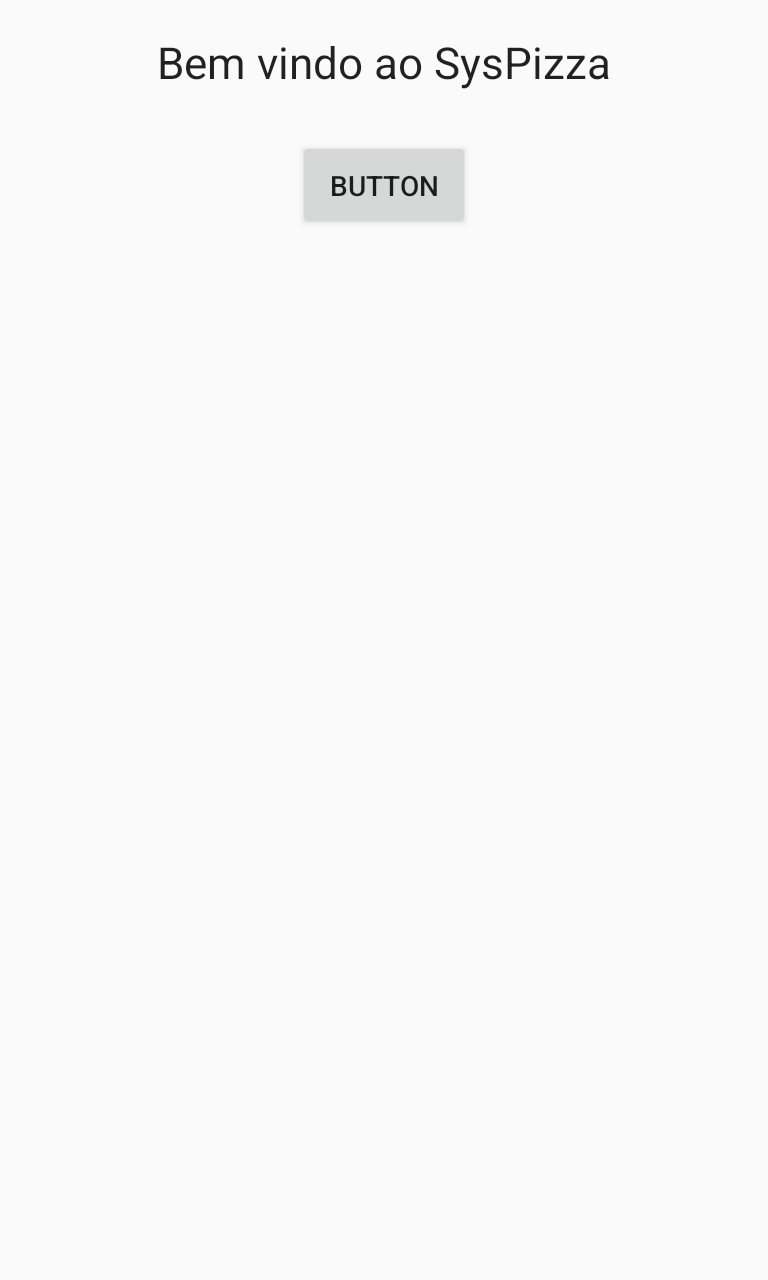
Repository: LucasSampaio/SysPizza-PSI
Layout: CodigoFonte/MOBILE/SysPizza/res/layout/activity_efetuar_pedido.xml
These files come from the project's save history. The layout is drawn as it stood at one moment and after the next save; the edit follows.
It is drawn on a 768 x 1280 px phone screen (xhdpi) without system bars, with theme AppTheme; the app's code is not run.

Above is the layout before, as saved 2014-09-20 01:06:23.

After the next save:
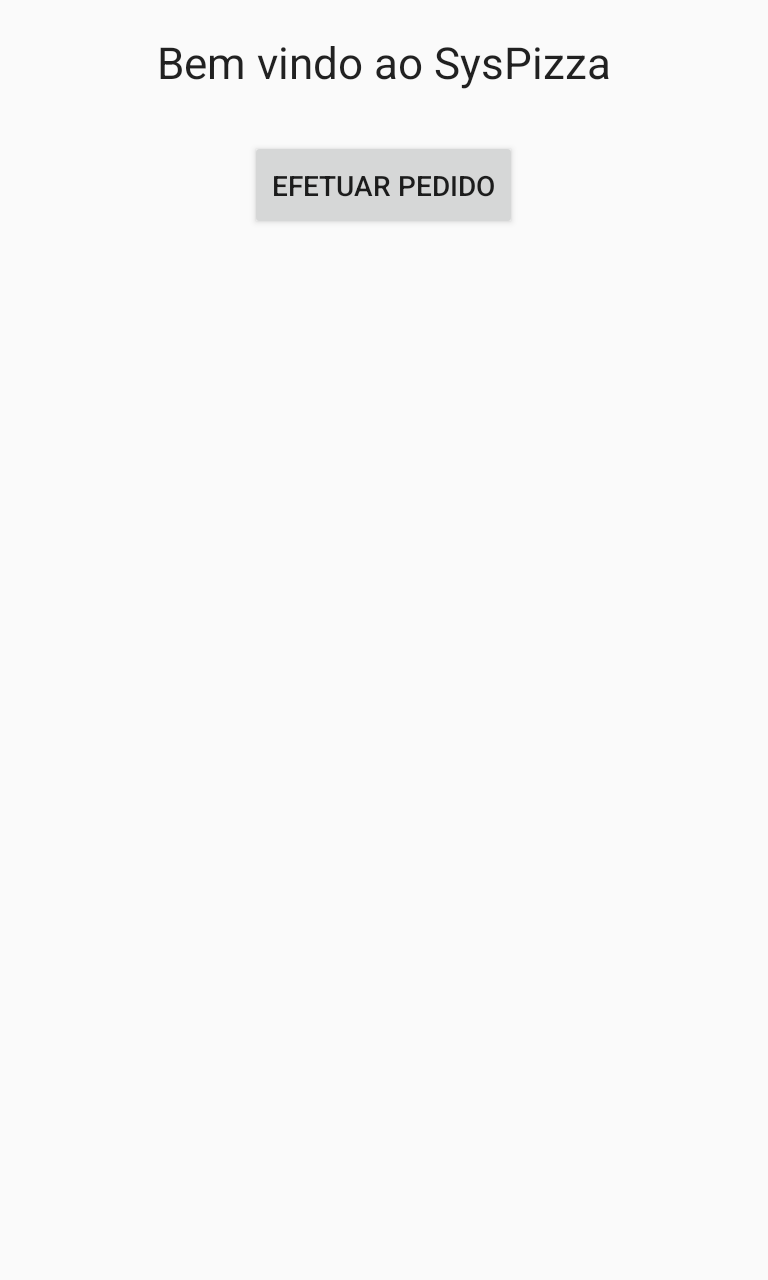
Saved 4 s later.
--- a/CodigoFonte/MOBILE/SysPizza/res/layout/activity_efetuar_pedido.xml
+++ b/CodigoFonte/MOBILE/SysPizza/res/layout/activity_efetuar_pedido.xml
@@ -24,6 +24,6 @@
         android:layout_below="@+id/textView1"
         android:layout_centerHorizontal="true"
         android:layout_marginTop="23dp"
-        android:text="Button" />
+        android:text="Efetuar pedido" />
 
 </RelativeLayout>
